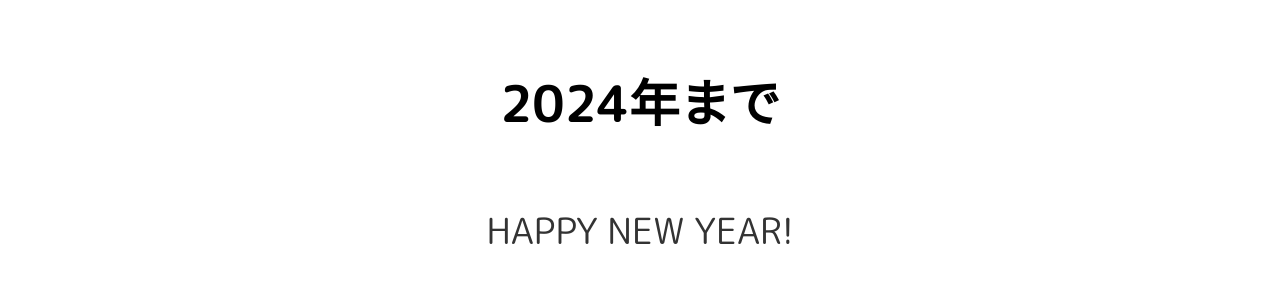
Repository: end888160/end888160.github.io
Page: countdown.ja.html
The author's editor kept a copy of each file at every save. The page is drawn from the files as they stood at one save, then again after the next save.
The browser window is 1280 px wide. The pictures show the whole page.

Above is the page before, as saved 2024-09-23 22:51:45.
Console error: TypeError: Cannot set properties of null (setting 'innerHTML')

### countdown.ja.html

<!DOCTYPE html>
<html lang="en">
<head>
	<meta charset="UTF-8">
	<meta name="viewport" content="width=device-width, initial-scale=1.0">
	<meta name="description" content="Let's celebrate the New Year!">
	<link rel="preconnect" href="https://fonts.googleapis.com">
	<link rel="preconnect" href="https://fonts.gstatic.com" crossorigin>
	<link href="https://fonts.googleapis.com/css2?family=M+PLUS+Rounded+1c:wght@100;300;400;500;700;800;900&display=swap" rel="stylesheet">
	<title>Countdown</title>
	<style>
	html {
		font-family: "M PLUS Rounded 1c", "Lato", "Noto Sans JP", "ヒラギノ角ゴ ProN", "Hiragino Kaku Gothic ProN", "メイリオ", Meiryo, "ＭＳ Ｐゴシック", "MS PGothic", sans-serif;
		transition:ease 0.33s;
	}
	body {
		margin-top:5%;
	}
	#countdown {
		display: flex;
		justify-content: center;
		font-family:  sans-serif;
  		font-weight: 400;
		  font-size: 5vh;
		margin-top: 5%;
		color: #333;
		font-family: "M PLUS Rounded 1c", "Lato", "Noto Sans JP", "ヒラギノ角ゴ ProN", "Hiragino Kaku Gothic ProN", "メイリオ", Meiryo, "ＭＳ Ｐゴシック", "MS PGothic", sans-serif;

	}
	.counttdown-table {
		display: table;
	}

	.countdown-item {
		margin: 0 10px;
		text-align: center;
		display: table-cell;
  		font-style: normal;

	}

	.countdown-value {
		font-size: 2em;
		font-weight: bold;
		padding-left: 20px;
		padding-right: 20px;

	}

	.countdown-label {
		font-size: 0.8em;
		text-align: center;
		color: #777;
		font-weight: 400;
	}
	h1 {
		text-align: center;
		font-size: 7vh;

	}

	@media (prefers-color-scheme: light) {
		html {
			background-color: white;
			color: black;
		}
		h2 {
			color:white;
		}
	}
	@media (prefers-color-scheme: dark) {
		.countdown-item {
			color: #bbb
		}
		h2 {
			color:black;
		}
		html {
			background-color: black;
			color: white;
		}
	}
	@media only screen and (orientation: portrait) {
		body {
			margin-top:2.5%;
		}
		.countdown {
			display: table-row-group;
		}
		.countdown-item {
			display: table-row;
		}
		.countdown-label {
			display: table-cell;
			text-align: left;
		}
		.countdown-value {
			display: table-cell;
			padding-top: 5%;
			text-align: right;

		}
		h1 {
			font-size: xx-large;
		}
	}
	</style>
</head>

<body>
	<h1 id="header">NEW YEAR COUNTDOWN</h1>

<div id="countdown">
	<div id="countdown-table">
	<div class="countdown-item">
		<div class="countdown-value"><span id="days"></span></div>
		<div class="countdown-label">日</div>
	</div>

	<div class="countdown-item">
		<div class="countdown-value"><span id="hours"></span></div>
		<div class="countdown-label">時間</div>
	</div>

	<div class="countdown-item">
		<div class="countdown-value"><span id="minutes"></span></div>
		<div class="countdown-label">分</div>
	</div>

	<div class="countdown-item">
		<div class="countdown-value"><span id="seconds"></span></div>
		<div class="countdown-label">秒</div>
	</div>

	<div class="countdown-item">
		<div class="countdown-value"><span id="mseconds"></span></div>
		<div class="countdown-label"><br></div>
	</div>
</div>
</div>

<script>

// Update the count down every 1 second]
if ( new Date().getMonth() + 1 === 1 )  {
    var IfMonth = true
} else {
	var IfMonth = "false"
}
if ( new Date().getDate() === 1 )  {
    var IfDate = true
} else {
	var IfMonth = "false"
}
if ( IfMonth === IfDate ) {
    var countDownTarget = new Date().getFullYear();
} else {
	var countDownTarget = new Date().getFullYear() + 1;
}


var x = setInterval(function countdown() {

	// Set the date we're counting down to
	var countDownDate = new Date("Jan 1, " + countDownTarget + " 00:00:00").getTime();
	var currentTimeZone = Intl.DateTimeFormat().resolvedOptions().timeZone
	var offsetTimeZone = new Date().getTimezoneOffset();

	if (offsetTimeZone > 0){
    var offsetTimeZonem = offsetTimeZone - (Math.floor(offsetTimeZone / 60) * 60);
    } else if (offsetTimeZone < 0){
      var offsetTimeZonem = offsetTimeZone - (Math.ceil(offsetTimeZone / 60) * 60);
    }

    offsetTimeZone = (offsetTimeZone / 60) * (-1);
    if (offsetTimeZone > 0){
       var offsetTimeZone = "+" + offsetTimeZone;
    } else if (offsetTimeZonem < 10){
       var offsetTimeZonem = "0" + offsetTimeZonem;
	}

	// Get today's date and time
	var now = new Date().getTime();

	// Find the distance between now and the count down date
	var distance = countDownDate - now;

	// Time calculations for days, hours, minutes and seconds
	var days = Math.floor(distance / (1000 * 60 * 60 * 24));
	var hours = Math.floor((distance % (1000 * 60 * 60 * 24)) / (1000 * 60 * 60));
	var hour = hours < 10 ? "0" + hours : hours;
	var minutes = Math.floor((distance % (1000 * 60 * 60)) / (1000 * 60));
	var minute = minutes < 10 ? "0" + minutes : minutes;
	var seconds = Math.floor((distance % (1000 * 60)) / 1000);
	var second = seconds < 10 ? "0" + seconds : seconds;
	var mseconds = Math.floor(distance % 1000);
	var msecond = mseconds < 10 ? "0" + "0" + mseconds : mseconds < 100 ? "0" + mseconds : mseconds;

	// Display the result in the element with id="countdown"
	document.getElementById("days").innerHTML = days;
	document.getElementById("hours").innerHTML = hour;
	document.getElementById("minutes").innerHTML = minute;
	document.getElementById("seconds").innerHTML = second;
	document.getElementById("mseconds").innerHTML = msecond;
	document.getElementById("header").innerHTML =　countDownTarget + "年まで";


	// If the count down is finished, write some text
	if (distance < 0) {
		clearInterval(x);
		document.getElementById("countdown").innerHTML = "HAPPY NEW YEAR!";
	}
	setTimeout(countdown, 1);
}, 0);
document.title = "Countdown to " + countDownTarget;
</script>
</body>
</html>

After the next save:
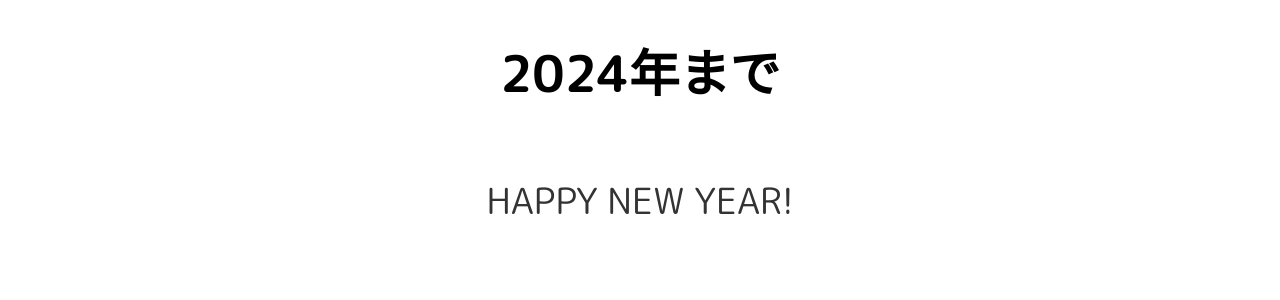
Saved 39 s later.
--- a/countdown.ja.html
+++ b/countdown.ja.html
@@ -14,9 +14,6 @@
 		font-family: "M PLUS Rounded 1c", "Lato", "Noto Sans JP", "ヒラギノ角ゴ ProN", "Hiragino Kaku Gothic ProN", "メイリオ", Meiryo, "ＭＳ Ｐゴシック", "MS PGothic", sans-serif;
 		transition:ease 0.33s;
 	}
-	body {
-		margin-top:5%;
-	}
 	#countdown {
 		display: flex;
 		justify-content: center;
@@ -25,6 +22,7 @@
 		  font-size: 5vh;
 		margin-top: 5%;
 		color: #333;
+		border-color: white;
 		font-family: "M PLUS Rounded 1c", "Lato", "Noto Sans JP", "ヒラギノ角ゴ ProN", "Hiragino Kaku Gothic ProN", "メイリオ", Meiryo, "ＭＳ Ｐゴシック", "MS PGothic", sans-serif;
 
 	}
@@ -82,9 +80,6 @@
 		}
 	}
 	@media only screen and (orientation: portrait) {
-		body {
-			margin-top:2.5%;
-		}
 		.countdown {
 			display: table-row-group;
 		}
